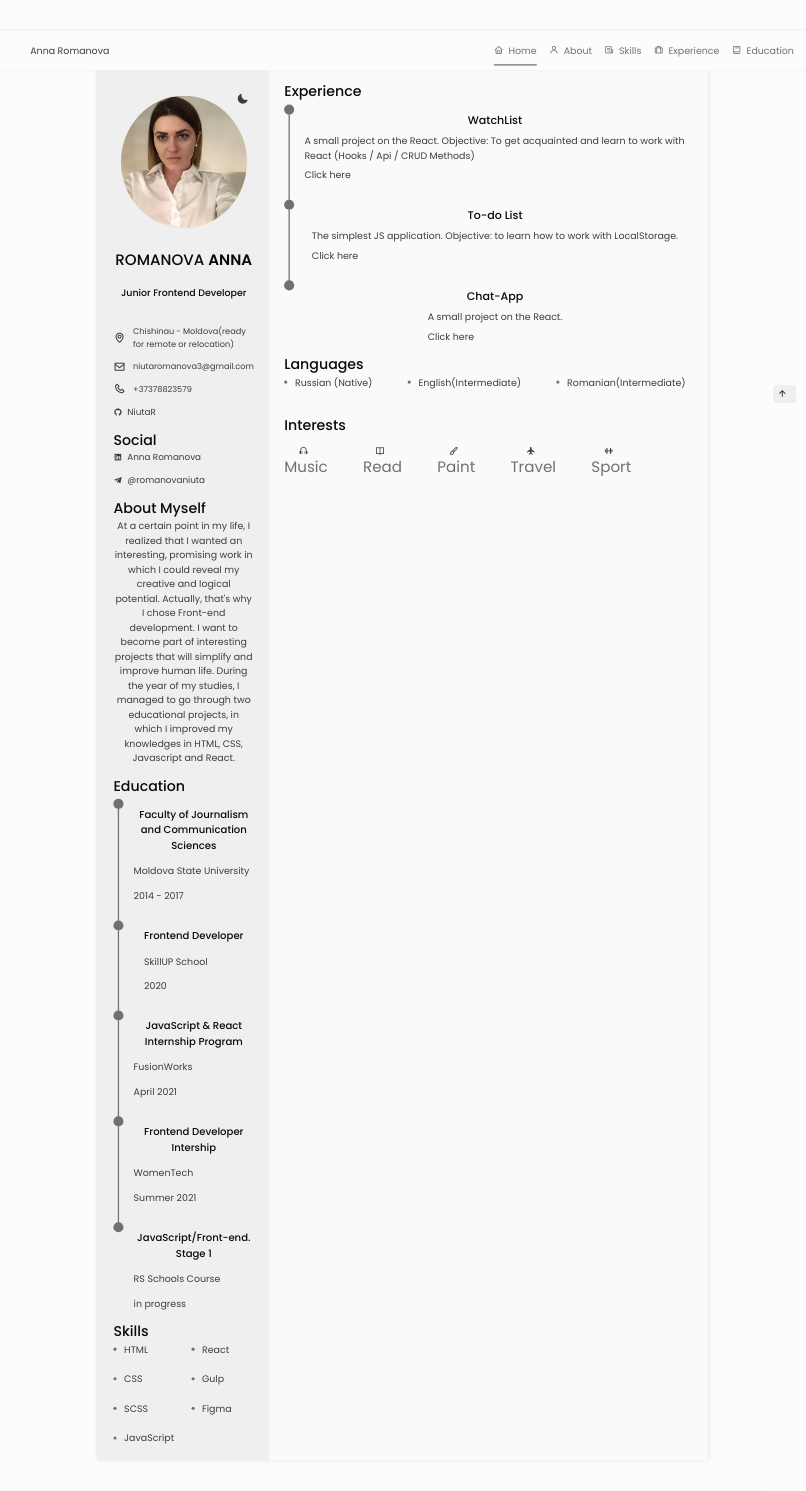
Repository: NiutaR/rsschool-cv
Page: index.html
These files come from the project's save history. The page is drawn as it stood at one moment and after a run of saves; the edit follows.
The browser window is 1280 px wide. The pictures show the whole page, at 63% of full size.

Above is the page before, as saved 2021-09-19 19:10:27.

After the next 3 saves:
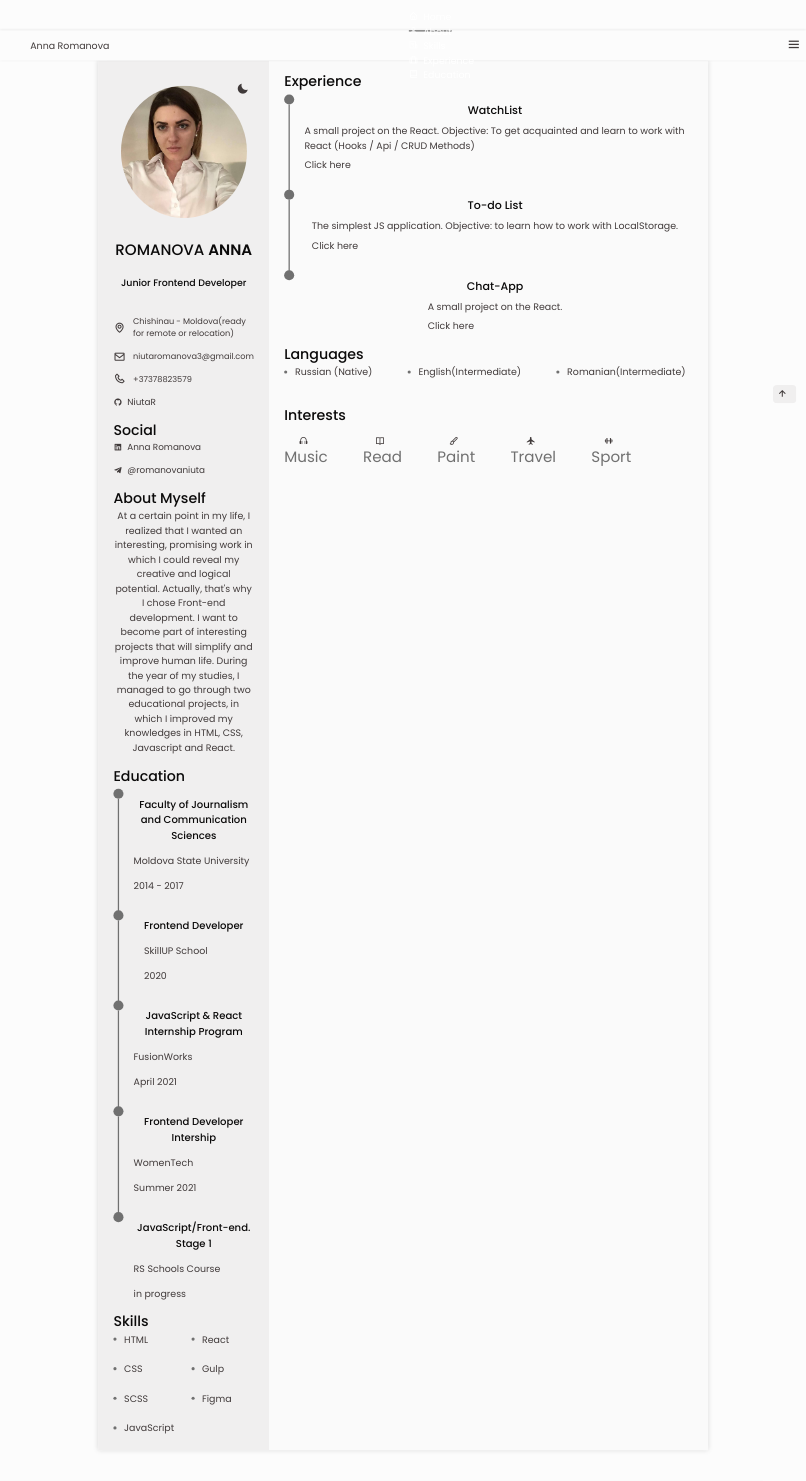
The 3 saves are shown as one change because they came seconds apart.
The last was saved 32 s later.
--- a/src/style.css
+++ b/src/style.css
@@ -386,6 +386,7 @@ img {
 .change-theme:hover {
     color: var(--title-color);
 }
+body.dark
 /*========== MEDIA ==========*/
 
 @media screen and (min-width: 769px) {
